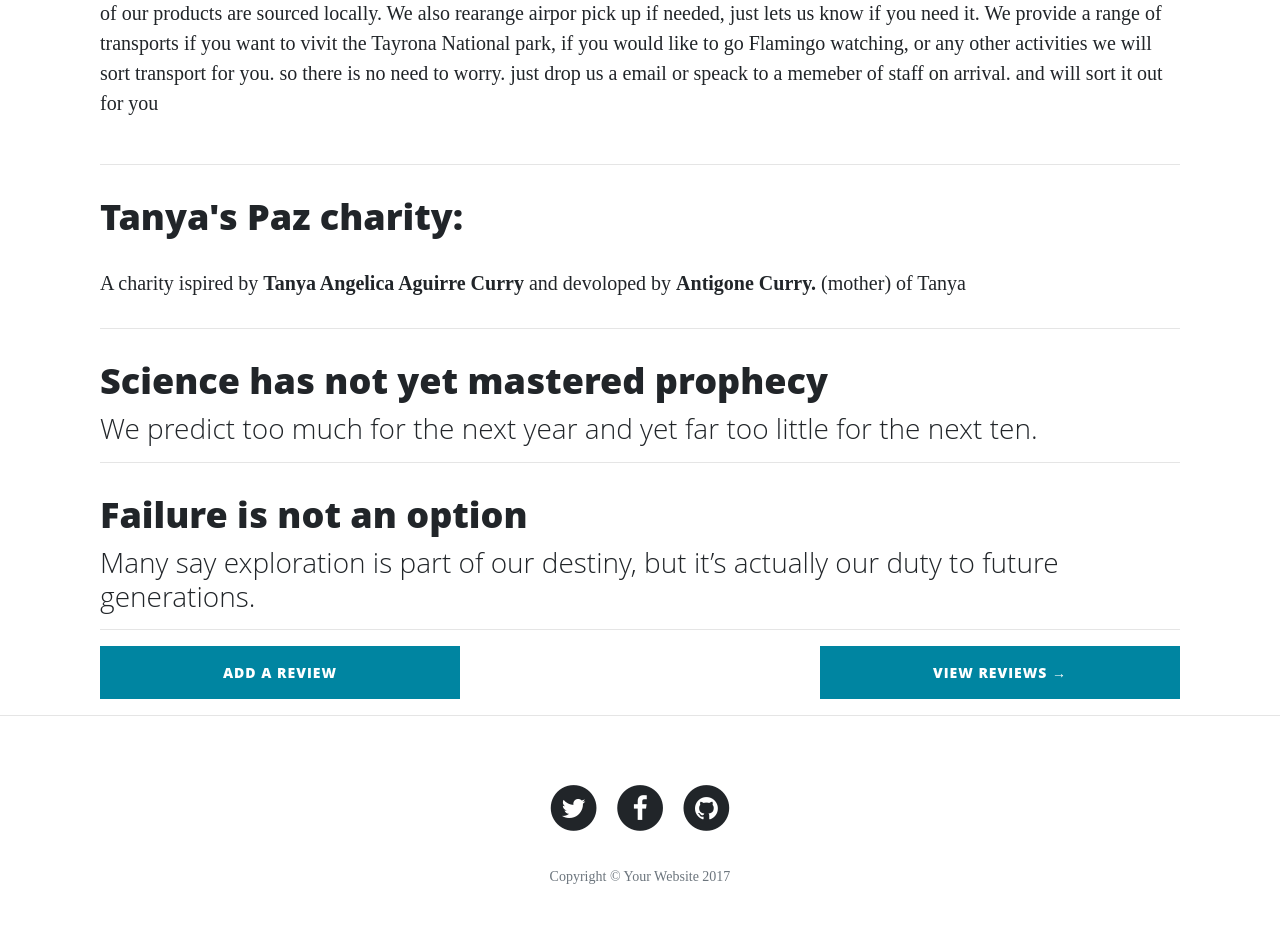
Repository: cachimiro/los-pochoclos
Page: http://localhost/
The author's editor kept a record of every edit. The page is drawn from the files as they stood at one moment, then again after the next edit.
The browser window is 1280 px wide. The pictures show the part of the page from y = 828 to 1780 px (the page is 1780 px tall).
The page is served by the project's application, run on Flask 3 (run.py).

Above is the page before.

After the next edit:
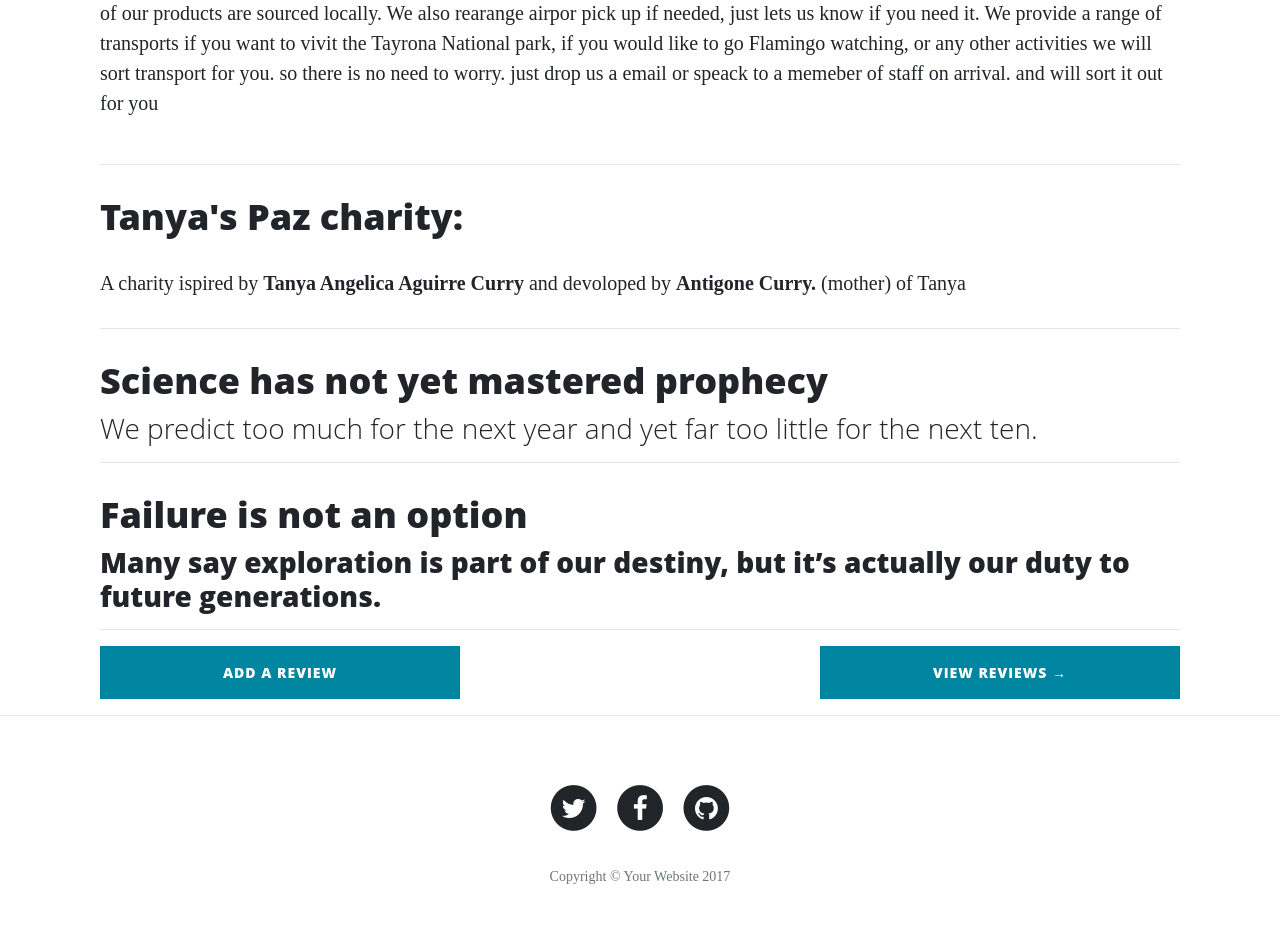
The edit:
--- a/templates/index.html
+++ b/templates/index.html
@@ -40,7 +40,7 @@
                 <h2 class="post-title">
                     Failure is not an option
                 </h2>
-                <h3 class="post-subtitle">
+                <h3 class="#">
                     Many say exploration is part of our destiny, but it’s actually our duty to future generations.
                 </h3>
             </a>
